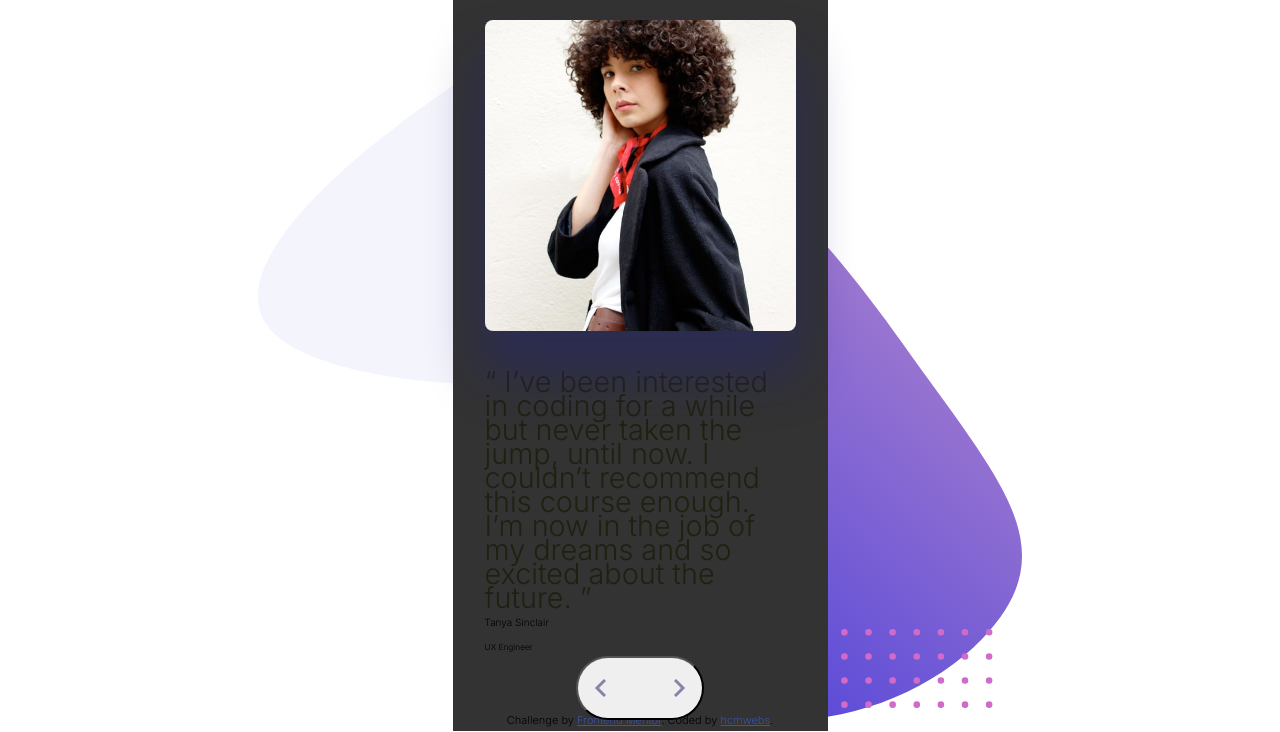
Repository: Hcmwebs/Coding-Bootcamp-Testimonials
Page: index.html
An editor plug-in stored every save of this project. The page is shown before and after the next save, followed by the edit.
The browser window is 1280 px wide. The pictures show the whole page.
The style sheet was rebuilt from its Sass, Less or Tailwind sources for each picture, by a compiler version that may differ from the author's.

Above is the page before, as saved 2020-10-30 12:36:11.

After the next save:
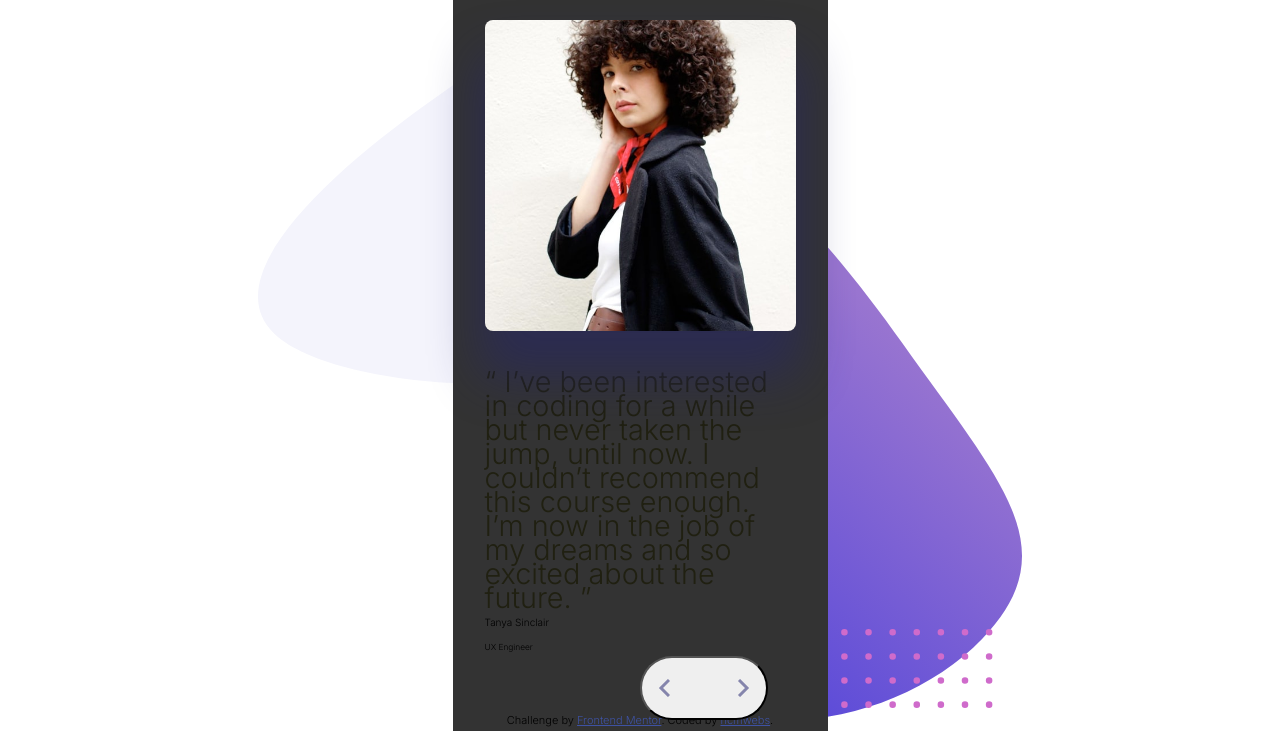
Saved 11 s later.
--- a/scss/main.scss
+++ b/scss/main.scss
@@ -83,6 +83,7 @@
     @include flexSpaceBetween;
     position: absolute;
     bottom: 0;
+    left: 50%;
   }
 
   &__body{

After the 2 saves that followed:
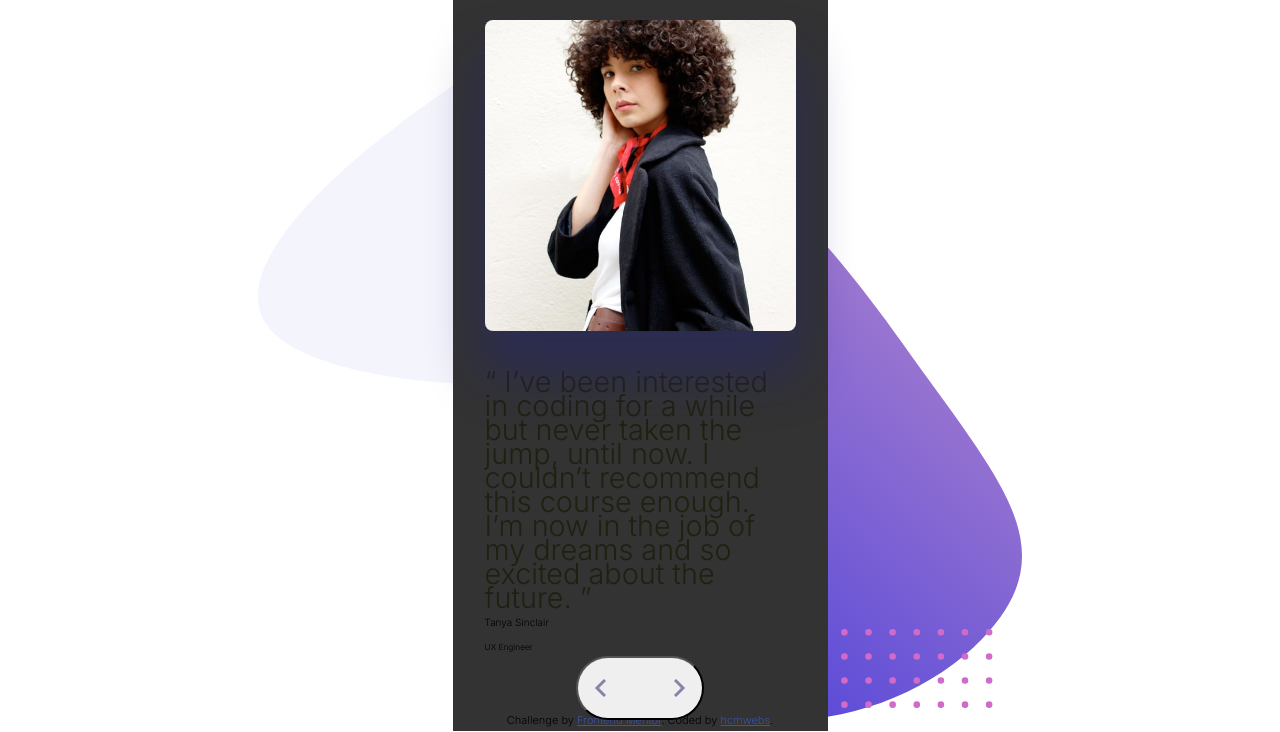
The 2 saves are shown as one change because 1 left the picture as it was.
The last was saved 4 min 52 s later.
--- a/scss/main.scss
+++ b/scss/main.scss
@@ -63,7 +63,7 @@
     width: 100%;
     height: 310px;
     @include gridCenter;
-    position: relative;
+
 
     img{
       width: 100%;
@@ -71,6 +71,7 @@
       object-fit: center;
       border-radius: 0.5rem;
       box-shadow: 0 40px 50px 5px $boxShadowColor;
+      position: relative;;
 
     }
   }
@@ -83,7 +84,6 @@
     @include flexSpaceBetween;
     position: absolute;
     bottom: 0;
-    left: 50%;
   }
 
   &__body{
